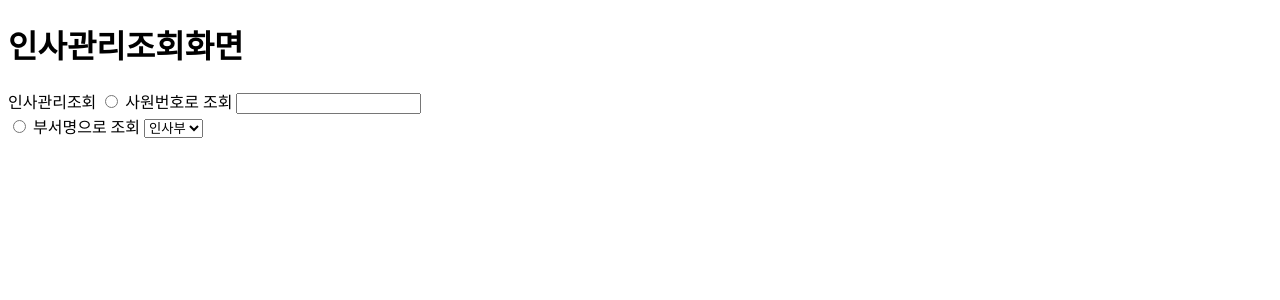
Repository: Namyunha/Oracle-Study
Page: http://localhost/test1_practice/findMember.jsp
An editor plug-in stored every save of this project. The page is shown before and after the next save, followed by the edit.
The browser window is 1280 px wide. The pictures show the whole page.
The page is served by Tomcat 9.

Above is the page before, as saved 2023-08-04 04:10:13.

### test1_practice/src/main/webapp/findMember.jsp
<%@ page language="java" contentType="text/html; charset=UTF-8"
    pageEncoding="UTF-8"%>
<!DOCTYPE html>
<html>
<head>
<meta charset="UTF-8">
<title>Insert title here</title>
</head>
<body>
	<h1>인사관리조회화면</h1>
	<form>
		<label>인사관리조회</label>
		<input name="member" value="id" type="radio"> 사원번호로 조회 <input type="text"><br>
		<input name="member" value="dept" type="radio"> 부서명으로 조회
		<select name="dept">
			<option value="인사부">인사부</option>
			<option value="기획부">기획부</option>
			<option value="홍보부">홍보부</option>
			<option value="영업부">영업부</option>
			<option value="경리부">경리부</option>
		</select>
	</form>
</body>
</html>

After the next save:
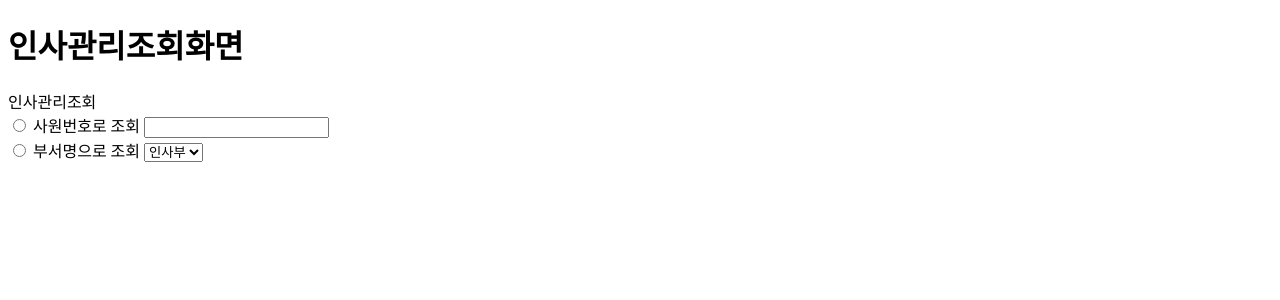
Saved 83 s later.
--- a/test1_practice/src/main/webapp/findMember.jsp
+++ b/test1_practice/src/main/webapp/findMember.jsp
@@ -9,7 +9,7 @@
 <body>
 	<h1>인사관리조회화면</h1>
 	<form>
-		<label>인사관리조회</label>
+		<label>인사관리조회</label><br>
 		<input name="member" value="id" type="radio"> 사원번호로 조회 <input type="text"><br>
 		<input name="member" value="dept" type="radio"> 부서명으로 조회
 		<select name="dept">
